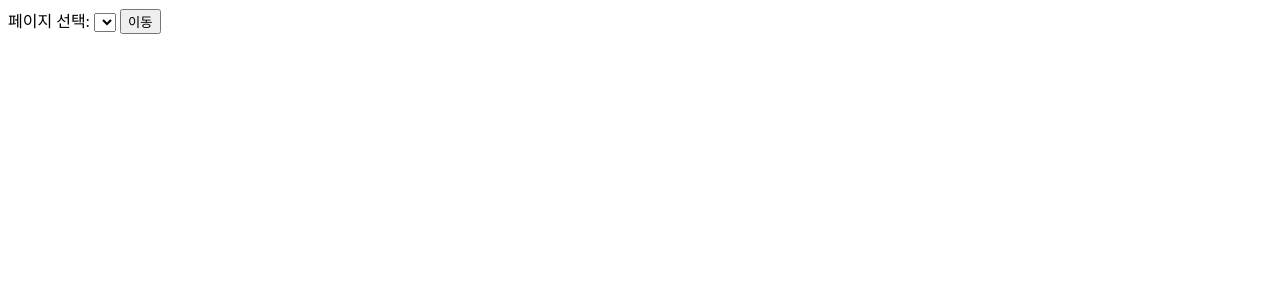
Repository: mini9707/JSP
Page: http://localhost/jsp04/forward/select.jsp
The author's editor kept a copy of each file at every save. The page is drawn from the files as they stood at one save, then again after the next save.
The browser window is 1280 px wide. The pictures show the whole page.
The page is served by Tomcat 9.

Above is the page before, as saved 2024-09-16 05:49:54.

### jsp04/src/main/webapp/forward/select.jsp
<%@ page language="java" contentType="text/html; charset=UTF-8"
    pageEncoding="UTF-8"%>
<!DOCTYPE html>
<html>
<head>
<meta charset="UTF-8">
<title>옵션 선택</title>
</head>
<body>
<form action="<%= request.getContextPath() %>/forward/view.jsp">
페이지 선택:
	<select name = "code">
		<option value = "A"></option>
		<option value = "B"></option>
		<option value = "C"></option>
	</select>
	<input type="submit" value="이동">
</form>
</body>
</html>

After the next save:
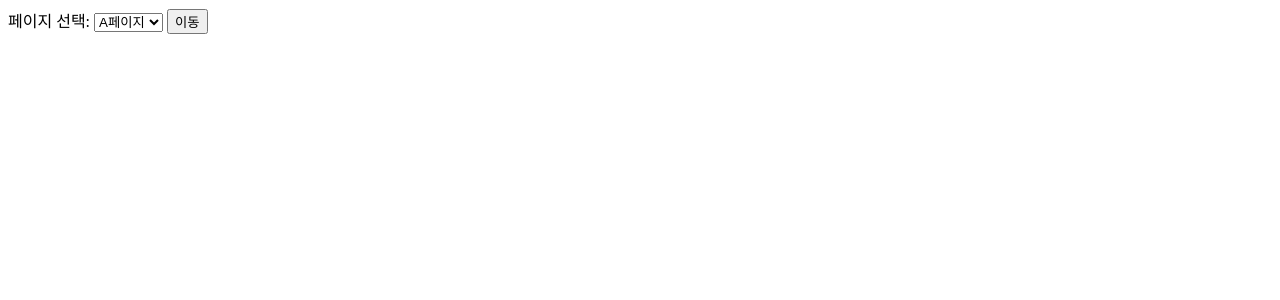
Saved 53 s later.
--- a/jsp04/src/main/webapp/forward/select.jsp
+++ b/jsp04/src/main/webapp/forward/select.jsp
@@ -10,9 +10,9 @@
 <form action="<%= request.getContextPath() %>/forward/view.jsp">
 페이지 선택:
 	<select name = "code">
-		<option value = "A"></option>
-		<option value = "B"></option>
-		<option value = "C"></option>
+		<option value = "A">A페이지</option>
+		<option value = "B">B페이지</option>
+		<option value = "C">C페이지</option>
 	</select>
 	<input type="submit" value="이동">
 </form>
